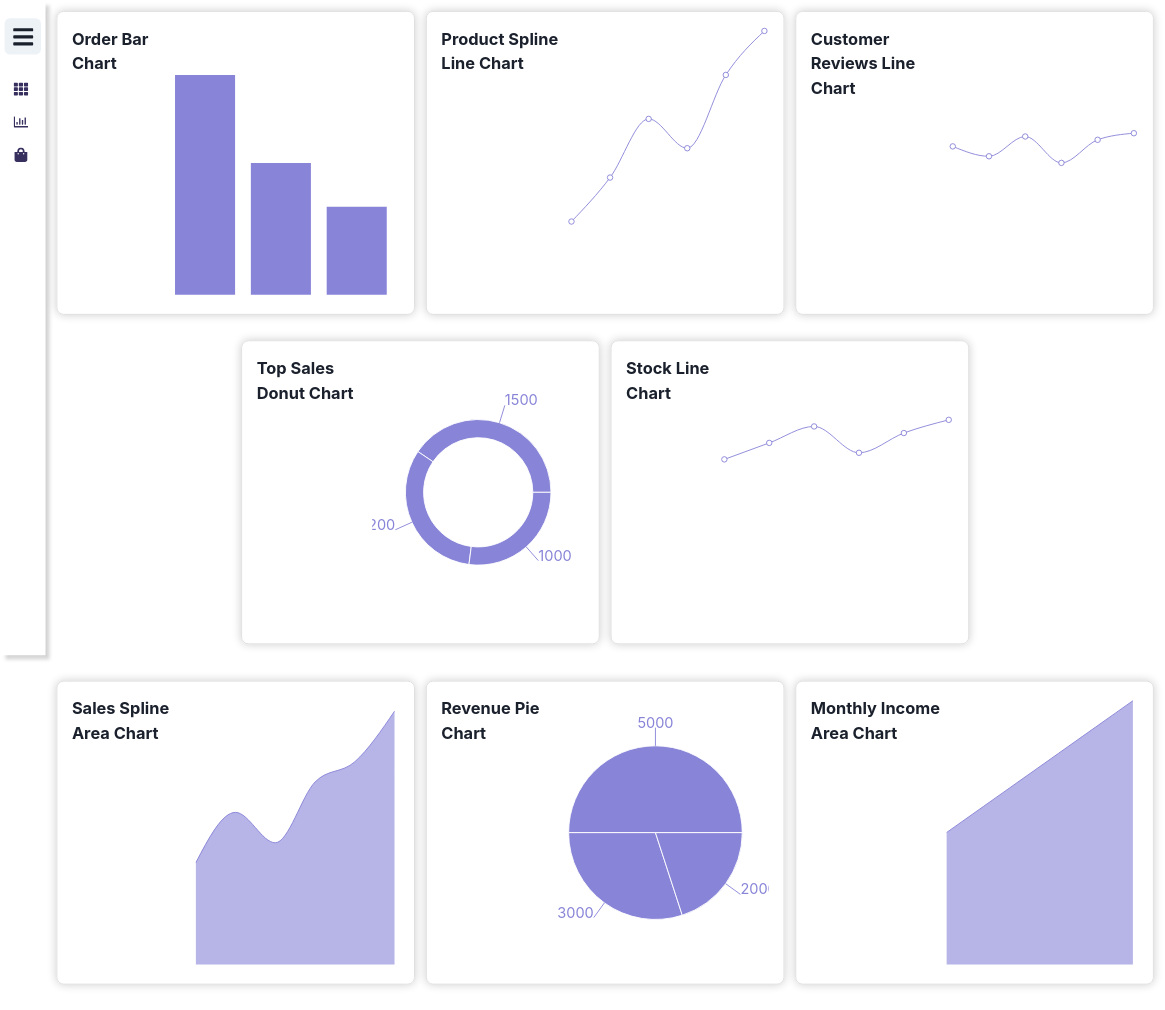
Repository: Andarg01/chakra-dashboard
Page: /analytics
The author's editor kept a copy of each file at every save. The page is drawn from the files as they stood at one save, then again after the next save.
The browser window is 1280 px wide. The pictures show the whole page, at 91% of full size.
The project was rebuilt for these pictures with package versions that can differ from the ones it lists, and the page was loaded fresh each time. Also part of the build but not shown: src/components/ProductModal.tsx, src/components/ProductTable.tsx, src/pages/ProductList.tsx, src/components/Dashboard.tsx.

Above is the page before, as saved 2024-03-09 05:53:28.

After the next save:
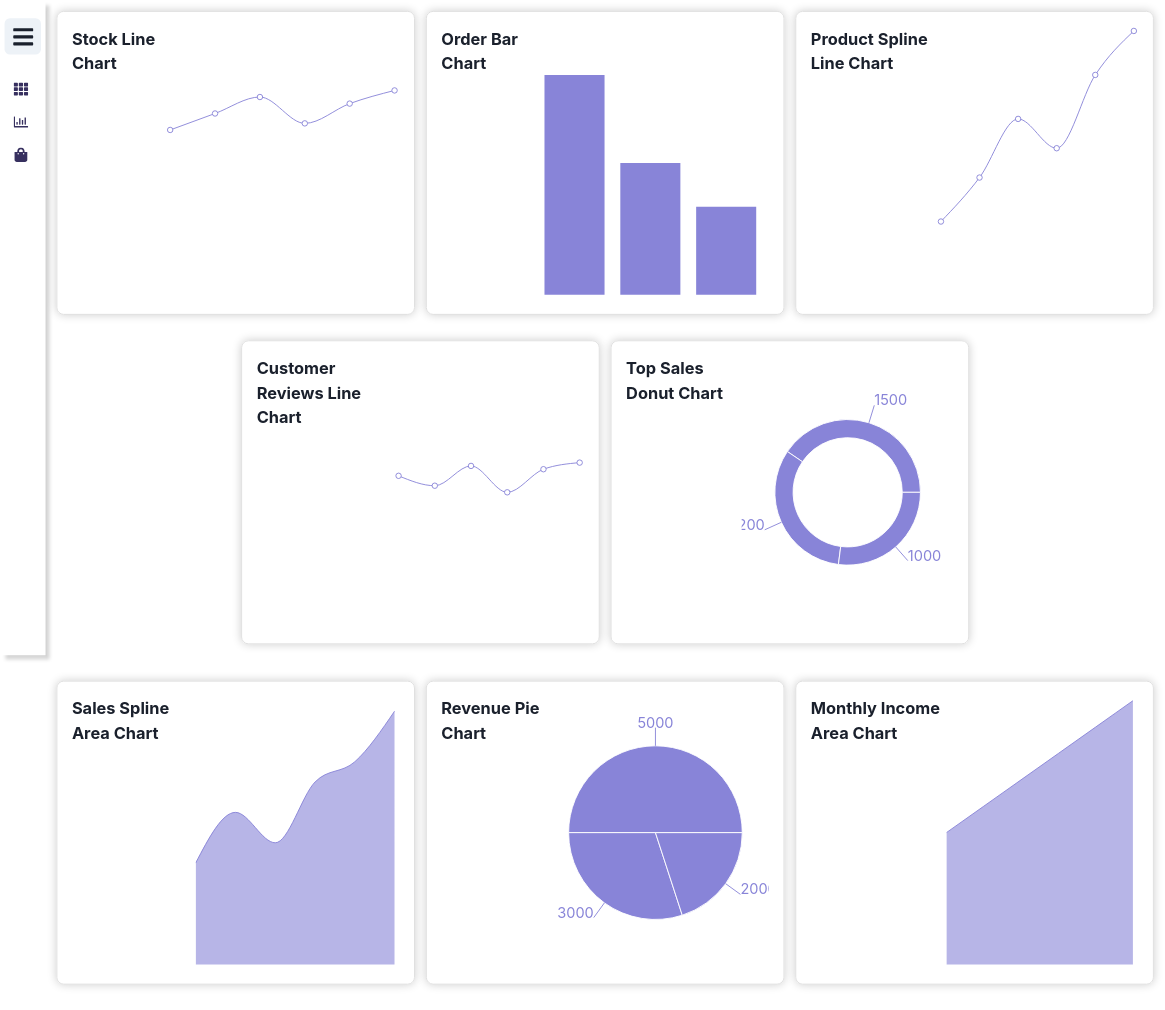
Saved 66 s later.
--- a/src/pages/Analytics.tsx
+++ b/src/pages/Analytics.tsx
@@ -255,11 +255,12 @@ const AnalyticalPage: React.FC = () => {
   return (
     <ThemeProvider theme={theme}>
       <Flex direction="row" flexWrap="wrap" p={3} justify="center" gap={3}>
+      <StockLineChart />
         <OrderBarChart />
         <ProductSplineLineChart />
         <CustomerReviewsLineChart />
         <TopSalesDonutChart />
-        <StockLineChart />
+
       </Flex>
       <Flex direction="row" p={3} flexWrap="wrap" justify="left" gap={3}>
         <SalesSplineAreaChart />
